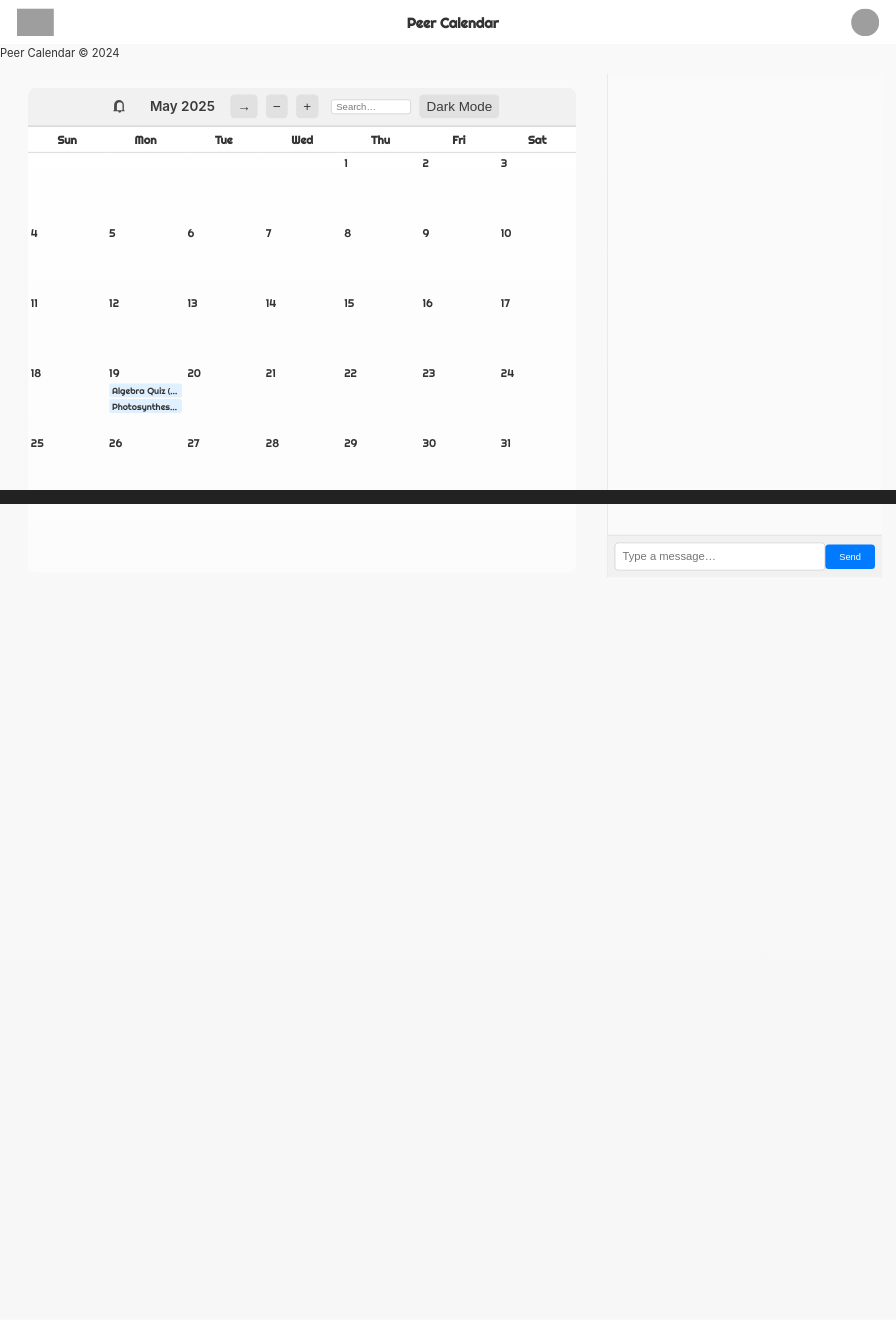
Repository: saifg123/Peer
Page: app.html
The author's editor kept a copy of each file at every save. The page is drawn from the files as they stood at one save, then again after the next save.
The browser window is 1280 px wide. The pictures show the whole page, at 70% of full size.
Pictures or frames that could not be fetched are drawn as grey boxes.

Above is the page before, as saved 2025-05-20 20:35:29.
Console error: SyntaxError: Unexpected token '}'

### app.html
<!DOCTYPE html>
<html lang="en">
<head>
  <meta charset="UTF-8" />
  <meta name="viewport" content="width=device-width, initial-scale=1.0" />
  <title>Peer Calendar</title>
  <link href="https://fonts.googleapis.com/css2?family=Righteous&display=swap" rel="stylesheet" />
  <link rel="stylesheet" href="stylesapp.css" />
  <style>
    .app-header {
      display: flex;
      align-items: center;
      justify-content: space-between;
      padding: 12px 24px;
      background-color: #ffffff;
      border-bottom: 1px solid #e0e0e0;
      position: sticky;
      top: 0;
      z-index: 100;
    }

    .app-logo {
      height: 40px;
    }

    .header-center-text {
      font-family: 'Righteous', sans-serif;
      font-size: 20px;
      font-weight: bold;
      flex-grow: 1;
      text-align: center;
      color: #333;
    }

    .profile-icon {
      height: 40px;
      width: 40px;
      border-radius: 50%;
      object-fit: cover;
    }

    .app-container {
      display: flex;
      flex-direction: row;
      align-items: flex-start;
    }

    .calendar-app {
      flex: 2;
      min-width: 0;
    }

    .chatbox {
      flex: 1;
      min-width: 300px;
      max-width: 400px;
      margin-left: 24px;
      background: #fafafa;
      border-left: 1px solid #e0e0e0;
      height: 100vh;
      display: flex;
      flex-direction: column;
      position: sticky;
      top: 0;
    }

    .chat-messages {
      flex: 1;
      overflow-y: auto;
      padding: 16px;
      display: flex;
      flex-direction: column;
      gap: 10px;
    }

    .chat-message {
      max-width: 70%;
      padding: 10px 14px;
      border-radius: 16px;
      margin-bottom: 4px;
      word-break: break-word;
      display: inline-block;
      clear: both;
    }

    .chat-message.sent {
      align-self: flex-end;
      background: #007bff;
      color: #fff;
      border-bottom-right-radius: 4px;
      border-bottom-left-radius: 16px;
    }

    .chat-message.received {
      align-self: flex-start;
      background: #e4e6eb;
      color: #222;
      border-bottom-left-radius: 4px;
      border-bottom-right-radius: 16px;
    }

    .chat-input-area {
      display: flex;
      justify-content: space-between;
      align-items: center;
      padding: 10px;
      background-color: #f1f1f1;
    }

    #chat-input {
      width: 80%;
      padding: 10px;
      border-radius: 5px;
      border: 1px solid #ccc;
    }

    #chat-send {
      padding: 10px 20px;
      background-color: #007bff;
      color: white;
      border: none;
      border-radius: 5px;
      cursor: pointer;
    }

    #chat-send:hover {
      background-color: #0056b3;
    }

    body.dark-mode {
      background-color: #121212;
      color: #000000;
    }

    body.dark-mode .chatbox {
      background-color: #1e1e1e;
      border-left: 1px solid #333;
    }

    body.dark-mode .chat-message.sent {
      background-color: #4a90e2;
    }

    body.dark-mode .chat-message.received {
      background-color: #2a2a2a;
    }

    body.dark-mode .chat-input-area {
      background-color: #1e1e1e;
    }

    body.dark-mode input,
    body.dark-mode textarea {
      background-color: #333;
      color: #f1eaea;
      border: 1px solid #555;
    }

    body.dark-mode .app-header {
      background-color: #292626;
      border-bottom: 1px solid #333;
    }

    body.dark-mode .header-center-text {
      color: #ffffff;
    }


  </style>
</head>
<body>
  <header class="app-header">
    <img src="logo.png" alt="Logo" class="app-logo" />
    <div class="header-center-text">Peer Calendar</div>
     <img src="profile.jpg" alt="Profile" class="profile-icon" />

  </header>
  <footer id="dynamic-footer" style="position:fixed;left:0;right:0;bottom:0;width:100%;background:#222;color:#fff;text-align:center;padding:2px 0;height:20px;transition:height 0.3s, padding 0.3s, font-size 0.3s;font-size:10px;z-index:150;"></footer>
    Peer Calendar &copy; 2024
  </footer>
  <script>
    (function() {
      const footer = document.getElementById('dynamic-footer');
      function adjustFooter() {
        const scrollY = window.scrollY || window.pageYOffset;
        // Tiny at first: min height 16px, max 48px
        const minH = 16, maxH = 48;
        const minPad = 2, maxPad = 12;
        // Scale height/padding with scroll, up to 600px scroll
        const factor = Math.min(scrollY / 600, 1);
        const height = minH + (maxH - minH) * factor;
        const pad = minPad + (maxPad - minPad) * factor;
        footer.style.height = height + "px";
        footer.style.paddingTop = pad + "px";
        footer.style.paddingBottom = pad + "px";
        footer.style.fontSize = (10 + 6 * factor) + "px";
      }
      window.addEventListener('scroll', adjustFooter);
      adjustFooter();
    })();
  </script>
  <!-- Add dummy content to make the page longer for scrolling -->
  <div style="height: 1800px; background: linear-gradient(to bottom, transparent 0%, #f7f7f7 100%); pointer-events: none; position: absolute; left: 0; right: 0; z-index: 0;"></div>
  <div class="app-container">
    <!-- Calendar Panel -->
    <div class="calendar-app">
      <div id="calendar-controls">
      <button type="button" id="prev" style="display:none;">&larr;</button>
      <button type="button" id="notification-btn" title="Notifications" style="background:none;border:none;cursor:pointer;display:inline-flex;align-items:center;justify-content:center;">
        <!-- Custom SVG bell icon -->
        <svg id="custom-bell-icon" width="22" height="22" viewBox="0 0 22 22" fill="none" aria-hidden="true" focusable="false" style="display:block;cursor:pointer;" xmlns="http://www.w3.org/2000/svg">
          <path d="M11 20c1.1 0 2-.9 2-2h-4a2 2 0 002 2zm6-4V9a7 7 0 10-14 0v7l-1 1v1h16v-1l-1-1zm-2 .5H7V9a4 4 0 118 0v7.5z" fill="#444"/>
        </svg>
      </button>
      <script>
        // Add bell ring animation on click
        (function() {
          const bell = document.getElementById('custom-bell-icon');
          let ringing = false;
          bell.addEventListener('click', function(e) {
        if (ringing) return;
        ringing = true;
        bell.style.transition = 'transform 0.08s cubic-bezier(.4,2,.6,1)';
        let count = 0;
        function ringStep() {
          if (count < 6) {
            bell.style.transform = `rotate(${count % 2 === 0 ? 18 : -18}deg)`;
            setTimeout(() => {
          bell.style.transform = 'rotate(0deg)';
          count++;
          setTimeout(ringStep, 40);
            }, 40);
          } else {
            bell.style.transform = 'rotate(0deg)';
            ringing = false;
          }
        }
        ringStep();
          });
        })();
        // Show #prev button only when footer is maximized
        (function() {
          const prevBtn = document.getElementById('prev');
          const footer = document.getElementById('dynamic-footer');
          function checkFooter() {
            // Footer is maximized if height is close to 48px (allow small margin)
            const h = parseFloat(getComputedStyle(footer).height);
            if (h >= 46) {
              prevBtn.style.display = '';
            } else {
              prevBtn.style.display = 'none';
            }
          }
          window.addEventListener('scroll', checkFooter);
          // Initial check
          checkFooter();
        })();

        // Add zoom-in transition to About Us button, size matches maximized footer
        (function() {
          const footer = document.getElementById('dynamic-footer');
          let aboutBtn = null;
          function updateAboutBtn() {
            const h = parseFloat(getComputedStyle(footer).height);
            const padTop = parseFloat(getComputedStyle(footer).paddingTop);
            const padBot = parseFloat(getComputedStyle(footer).paddingBottom);
            const fontSize = getComputedStyle(footer).fontSize;
            if (h >= 46) {
              if (!aboutBtn) {
          aboutBtn = document.createElement('button');
          aboutBtn.id = 'about-us-btn';
          aboutBtn.textContent = 'About Us';
          aboutBtn.style.cssText = `
            margin-left:12px;
            background:#444;
            color:#fff;
            border:none;
            border-radius:4px;
            cursor:pointer;
            transition:transform 0.22s cubic-bezier(.4,1.4,.6,1), opacity 0.18s, height 0.22s, padding 0.22s, font-size 0.22s;
            transform:scale(0.85);
            opacity:0;
            vertical-align:middle;
            display:inline-block;
          `;
          aboutBtn.onclick = function() {
            alert('Peer Calendar\n\nA collaborative calendar and chat app.\n\nCreated by your team, 2024.');
          };
          footer.appendChild(aboutBtn);
          // Force reflow and animate in
          void aboutBtn.offsetWidth;
          aboutBtn.style.transform = 'scale(1)';
          aboutBtn.style.opacity = '1';
              }
              // Always update About Us button size to match footer
              aboutBtn.style.height = h + 'px';
              aboutBtn.style.paddingTop = padTop + 'px';
              aboutBtn.style.paddingBottom = padBot + 'px';
              aboutBtn.style.fontSize = fontSize;
              aboutBtn.style.lineHeight = (h - padTop - padBot) + 'px';
              aboutBtn.style.paddingLeft = '18px';
              aboutBtn.style.paddingRight = '18px';
            } else {
              if (aboutBtn && aboutBtn.parentNode) {
          // Animate out, then remove
          aboutBtn.style.transform = 'scale(0.85)';
          aboutBtn.style.opacity = '0';
          setTimeout(() => {
            if (aboutBtn && aboutBtn.parentNode) {
              aboutBtn.parentNode.removeChild(aboutBtn);
              aboutBtn = null;
            }
          }, 180);
              }
            }
          }
          window.addEventListener('scroll', updateAboutBtn);
          // Initial check
          updateAboutBtn();
        })();

        // --- Make bell ring animation slower and smoother ---
        (function() {
          const bell = document.getElementById('custom-bell-icon');
          let ringing = false;
          bell.addEventListener('click', function(e) {
            if (ringing) return;
            ringing = true;
            bell.style.transition = 'transform 0.18s cubic-bezier(.4,1.4,.6,1)';
            let count = 0;
            function ringStep() {
              if (count < 6) {
          bell.style.transform = `rotate(${count % 2 === 0 ? 18 : -18}deg)`;
          setTimeout(() => {
            bell.style.transform = 'rotate(0deg)';
            count++;
            setTimeout(ringStep, 120); // slower: 120ms between swings
          }, 120);
              } else {
          bell.style.transform = 'rotate(0deg)';
          ringing = false;
              }
            }
            ringStep();
          });
        })();
        })();

        // Fade in footer as you scroll down
        (function() {
          const footer = document.getElementById('dynamic-footer');
          footer.style.transition = (footer.style.transition ? footer.style.transition + ',' : '') + ' opacity 0.3s';
          function updateFooterOpacity() {
            // Fade in from scrollY 0 to 120px
            const y = window.scrollY || window.pageYOffset;
            let opacity = Math.min(Math.max((y - 0) / 120, 0), 1);
            footer.style.opacity = opacity;
            // Hide pointer events when invisible
            footer.style.pointerEvents = opacity > 0 ? '' : 'none';
          }
          window.addEventListener('scroll', updateFooterOpacity);
          // Initial state
          updateFooterOpacity();
        })();

        // Move the event search textbox up in the page
        (function() {
          // Move #event-search before #notification-btn
          const search = document.getElementById('event-search');
          const notifBtn = document.getElementById('notification-btn');
          if (search && notifBtn && notifBtn.parentNode) {
            notifBtn.parentNode.insertBefore(search, notifBtn);
          }
        })();
      </script>
      <div id="view-label">Month</div>
      <button type="button" id="next">&rarr;</button>
      <button type="button" id="zoom-out">−</button>
      <button type="button" id="zoom-in">+</button>
      <input id="event-search" placeholder="Search…" />
      <div id="notification-center" style="display:none; position:absolute; left:30px; top:70px; width:300px; background:#fff; border:1px solid #ccc; border-radius:8px; box-shadow:0 2px 8px rgba(0,0,0,0.15); z-index:200;">
      <div style="display:flex; justify-content:space-between; align-items:center; padding:10px 16px; border-bottom:1px solid #eee;">
      <span style="font-weight:bold;">Notifications</span>
      <button type="button" id="close-notification-center" style="background:none;border:none;font-size:18px;cursor:pointer;">&times;</button>
      </div>
      <div style="padding:16px; color:#666;">No notifications.</div>
      </div>
      <script>
      // Make notification center draggable

      // Add zoom-in/out animation to notification center
      (function() {
      const notifCenter = document.getElementById('notification-center');
      notifCenter.style.transition = "transform 0.22s cubic-bezier(.4,1.4,.6,1), opacity 0.18s";
      notifCenter.style.transformOrigin = "top left";
      notifCenter.style.opacity = "0";
      notifCenter.style.transform = "scale(0.85)";

      function showNotifCenter() {
        notifCenter.style.display = "block";
        // Force reflow for transition
        void notifCenter.offsetWidth;
        notifCenter.style.opacity = "1";
        notifCenter.style.transform = "scale(1)";
      }
      function hideNotifCenter() {
        notifCenter.style.opacity = "0";
        notifCenter.style.transform = "scale(0.85)";
        setTimeout(() => {
        notifCenter.style.display = "none";
        }, 180);
      }

      // Patch notification button logic
      const notifBtn = document.getElementById('notification-btn');
      const notifClose = document.getElementById('close-notification-center');
      notifBtn.addEventListener('click', () => {
        if (notifCenter.style.display === 'none' || notifCenter.style.opacity === "0") {
        showNotifCenter();
        } else {
        hideNotifCenter();
        }
      });
      notifClose.addEventListener('click', hideNotifCenter);
      document.addEventListener('mousedown', (e) => {
        if (
        notifCenter.style.display === 'block' &&
        !notifCenter.contains(e.target) &&
        e.target !== notifBtn
        ) {
        hideNotifCenter();
        }
      });
      })();
      (function() {
      const notifCenter = document.getElementById('notification-center');
      let isDragging = false, offsetX = 0, offsetY = 0;

      function enableDrag() {
        // Drag handle is the header bar (first child div)
        const dragHandle = notifCenter.querySelector('div');
        if (!dragHandle) return;
        dragHandle.style.cursor = "move";

        dragHandle.addEventListener('mousedown', function(e) {
        isDragging = true;
        const rect = notifCenter.getBoundingClientRect();
        offsetX = e.clientX - rect.left;
        offsetY = e.clientY - rect.top;
        document.body.style.userSelect = "none";
        notifCenter.style.zIndex = 999;
        });

        document.addEventListener('mousemove', function(e) {
        if (isDragging) {
        notifCenter.style.left = (e.clientX - offsetX) + "px";
        notifCenter.style.top = (e.clientY - offsetY) + "px";
        notifCenter.style.right = "auto";
        notifCenter.style.position = "fixed"; // <-- Make sure it's fixed for dragging
        }
        });

        document.addEventListener('mouseup', function() {
        isDragging = false;
        document.body.style.userSelect = "";
        });
      }

      // Enable drag after DOMContentLoaded
      if (document.readyState === "loading") {
        document.addEventListener("DOMContentLoaded", enableDrag);
      } else {
        enableDrag();
      }
      })();
      </script>
      <button type="button" id="toggle-dark-mode">Dark Mode</button>
      </div>
      <div id="calendar-view"></div>
      <div id="calendar"></div>
    </div>
    <!-- Removed duplicate About Us button script to prevent two buttons from appearing -->

    <div id="event-modal" class="hidden">
      <div id="event-modal-content">
        <div id="event-modal-header">
          <span id="event-modal-date"></span>
          <button type="button" id="event-modal-close">&times;</button>
        </div>
        <textarea id="event-modal-text" placeholder="Add a note..."></textarea>
        <button type="button" id="event-modal-save">Save</button>
      </div>
    </div>

    <!-- Chat Panel -->
    <div class="chatbox">
      <div id="chat-messages" class="chat-messages"></div>
      <div class="chat-input-area">
        <input type="text" id="chat-input" placeholder="Type a message…" />
        <button type="button" id="chat-send">Send</button>
      </div>
    </div>
  </div>

  <script src="script.js"></script>
</body>
</html>

Loaded but not shown: script.js (566 lines, source omitted); stylesapp.css (491 lines, source omitted)

After the next save:
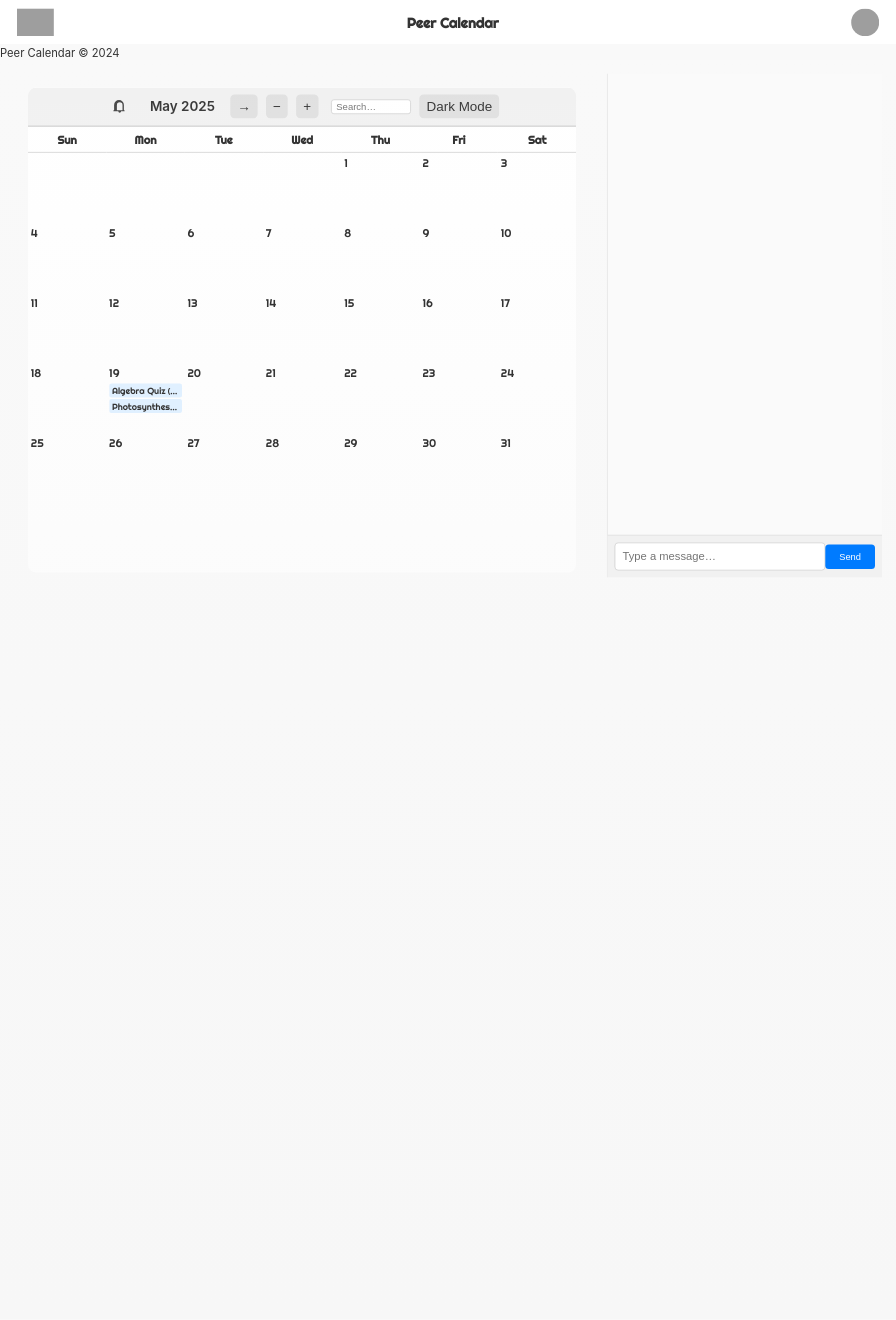
The error is gone.
Saved 9 s later.
--- a/app.html
+++ b/app.html
@@ -267,30 +267,30 @@
             const fontSize = getComputedStyle(footer).fontSize;
             if (h >= 46) {
               if (!aboutBtn) {
-          aboutBtn = document.createElement('button');
-          aboutBtn.id = 'about-us-btn';
-          aboutBtn.textContent = 'About Us';
-          aboutBtn.style.cssText = `
-            margin-left:12px;
-            background:#444;
-            color:#fff;
-            border:none;
-            border-radius:4px;
-            cursor:pointer;
-            transition:transform 0.22s cubic-bezier(.4,1.4,.6,1), opacity 0.18s, height 0.22s, padding 0.22s, font-size 0.22s;
-            transform:scale(0.85);
-            opacity:0;
-            vertical-align:middle;
-            display:inline-block;
-          `;
-          aboutBtn.onclick = function() {
-            alert('Peer Calendar\n\nA collaborative calendar and chat app.\n\nCreated by your team, 2024.');
-          };
-          footer.appendChild(aboutBtn);
-          // Force reflow and animate in
-          void aboutBtn.offsetWidth;
-          aboutBtn.style.transform = 'scale(1)';
-          aboutBtn.style.opacity = '1';
+                aboutBtn = document.createElement('button');
+                aboutBtn.id = 'about-us-btn';
+                aboutBtn.textContent = 'About Us';
+                aboutBtn.style.cssText = `
+                  margin-left:12px;
+                  background:#444;
+                  color:#fff;
+                  border:none;
+                  border-radius:4px;
+                  cursor:pointer;
+                  transition:transform 0.22s cubic-bezier(.4,1.4,.6,1), opacity 0.18s, height 0.22s, padding 0.22s, font-size 0.22s;
+                  transform:scale(0.85);
+                  opacity:0;
+                  vertical-align:middle;
+                  display:inline-block;
+                `;
+                aboutBtn.onclick = function() {
+                  alert('Peer Calendar\n\nA collaborative calendar and chat app.\n\nCreated by your team, 2024.');
+                };
+                footer.appendChild(aboutBtn);
+                // Force reflow and animate in
+                void aboutBtn.offsetWidth;
+                aboutBtn.style.transform = 'scale(1)';
+                aboutBtn.style.opacity = '1';
               }
               // Always update About Us button size to match footer
               aboutBtn.style.height = h + 'px';
@@ -302,48 +302,21 @@
               aboutBtn.style.paddingRight = '18px';
             } else {
               if (aboutBtn && aboutBtn.parentNode) {
-          // Animate out, then remove
-          aboutBtn.style.transform = 'scale(0.85)';
-          aboutBtn.style.opacity = '0';
-          setTimeout(() => {
-            if (aboutBtn && aboutBtn.parentNode) {
-              aboutBtn.parentNode.removeChild(aboutBtn);
-              aboutBtn = null;
-            }
-          }, 180);
+                // Animate out, then remove
+                aboutBtn.style.transform = 'scale(0.85)';
+                aboutBtn.style.opacity = '0';
+                setTimeout(() => {
+                  if (aboutBtn && aboutBtn.parentNode) {
+                    aboutBtn.parentNode.removeChild(aboutBtn);
+                    aboutBtn = null;
+                  }
+                }, 180);
               }
             }
           }
           window.addEventListener('scroll', updateAboutBtn);
           // Initial check
           updateAboutBtn();
-        })();
-
-        // --- Make bell ring animation slower and smoother ---
-        (function() {
-          const bell = document.getElementById('custom-bell-icon');
-          let ringing = false;
-          bell.addEventListener('click', function(e) {
-            if (ringing) return;
-            ringing = true;
-            bell.style.transition = 'transform 0.18s cubic-bezier(.4,1.4,.6,1)';
-            let count = 0;
-            function ringStep() {
-              if (count < 6) {
-          bell.style.transform = `rotate(${count % 2 === 0 ? 18 : -18}deg)`;
-          setTimeout(() => {
-            bell.style.transform = 'rotate(0deg)';
-            count++;
-            setTimeout(ringStep, 120); // slower: 120ms between swings
-          }, 120);
-              } else {
-          bell.style.transform = 'rotate(0deg)';
-          ringing = false;
-              }
-            }
-            ringStep();
-          });
-        })();
         })();
 
         // Fade in footer as you scroll down
